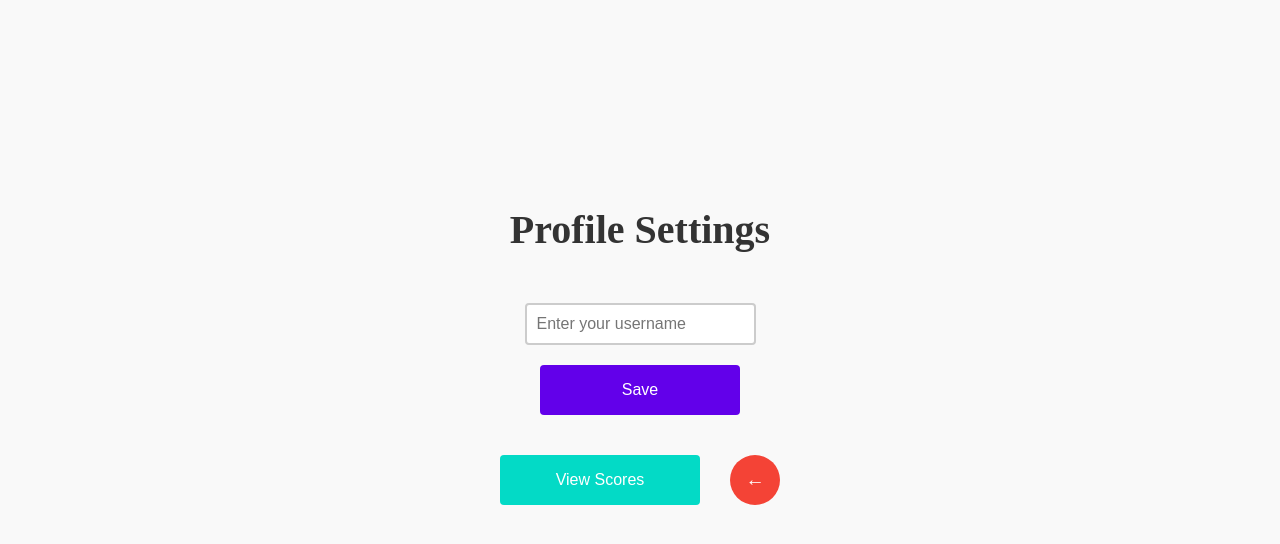
Repository: parnelltse/frontend2-courseproject
Page: /profilesettings
These files come from the project's save history. The page is drawn as it stood at one moment and after the next save; the edit follows.
The browser window is 1280 px wide. The pictures show the whole page.
The project was rebuilt for these pictures with package versions that can differ from the ones it lists, and the page was loaded fresh each time. Also part of the build but not shown: vite.config.js, src/pages/landing.jsx, src/pages/home.jsx, src/pages/gameoptions.jsx, src/pages/appsettings.jsx, src/pages/gamehistory.jsx, src/pages/singleplayer.jsx, src/pages/multiplayer.jsx and 4 more.

Above is the page before, as saved 2024-11-04 08:52:58.

After the next save:
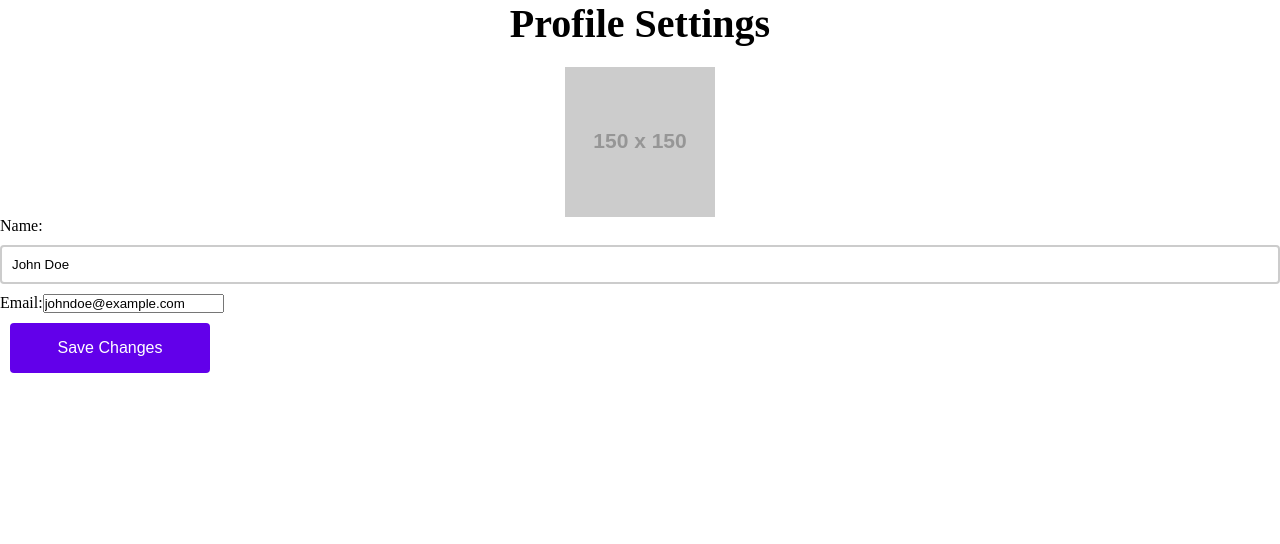
Saved 8 days later.
--- a/src/pages/profilesettings.jsx
+++ b/src/pages/profilesettings.jsx
@@ -1,51 +1,57 @@
-import { useState } from "react";
-import { useNavigate } from "react-router-dom";
-import BackButton from "../components/BackButton";
-import "../App.css"; // Ensure to import your CSS file
+// src/pages/ProfileSettings.jsx
+import React, { useState } from 'react';
 
-export default function ProfileSettings() {
-	const navigate = useNavigate();
-	const [username, setUsername] = useState("");
-	const [submittedUsername, setSubmittedUsername] = useState("");
+const ProfileSettings = () => {
+  // Initial profile information state
+  const [profile, setProfile] = useState({
+    name: 'John Doe',
+    email: 'johndoe@example.com',
+    avatar: 'https://via.placeholder.com/150', // Placeholder image
+  });
 
-	// Handle form submission
-	const handleSubmit = (e) => {
-		e.preventDefault();
-		setSubmittedUsername(username);
-		console.log("Username submitted:", username);
-	};
+  // Handle input change
+  const handleChange = (e) => {
+    const { name, value } = e.target;
+    setProfile({
+      ...profile,
+      [name]: value,
+    });
+  };
 
-	return (
-		<div className="profile-settings-container">
-			<h1 className="profile-settings-title">Profile Settings</h1>
+  // Render the profile settings page
+  return (
+    <div className="profile-settings">
+      <h1>Profile Settings</h1>
+      <div className="profile-info">
+        <div className="profile-avatar">
+          <img src={profile.avatar} alt="Avatar" width={150} height={150} />
+        </div>
+        <div className="profile-details">
+          <label>
+            Name:
+            <input
+              type="text"
+              name="name"
+              value={profile.name}
+              onChange={handleChange}
+            />
+          </label>
+          <label>
+            Email:
+            <input
+              type="email"
+              name="email"
+              value={profile.email}
+              onChange={handleChange}
+            />
+          </label>
+        </div>
+      </div>
+      <button className="save-button" onClick={() => alert('Profile saved!')}>
+        Save Changes
+      </button>
+    </div>
+  );
+};
 
-			{/* Show the username if it has been submitted */}
-			{submittedUsername && (
-				<h2 className="submitted-username">Username: {submittedUsername}</h2>
-			)}
-
-			<form onSubmit={handleSubmit} className="profile-settings-form">
-				<input
-					type="text"
-					placeholder="Enter your username"
-					value={username}
-					onChange={(e) => setUsername(e.target.value)}
-					className="username-input"
-				/>
-				<button type="submit" className="save-button">
-					Save
-				</button>
-			</form>
-
-			<div className="navigation-buttons">
-				<button
-					onClick={() => navigate("/gamehistory")}
-					className="scores-button"
-				>
-					View Scores
-				</button>
-				<BackButton />
-			</div>
-		</div>
-	);
-}
+export default ProfileSettings;
